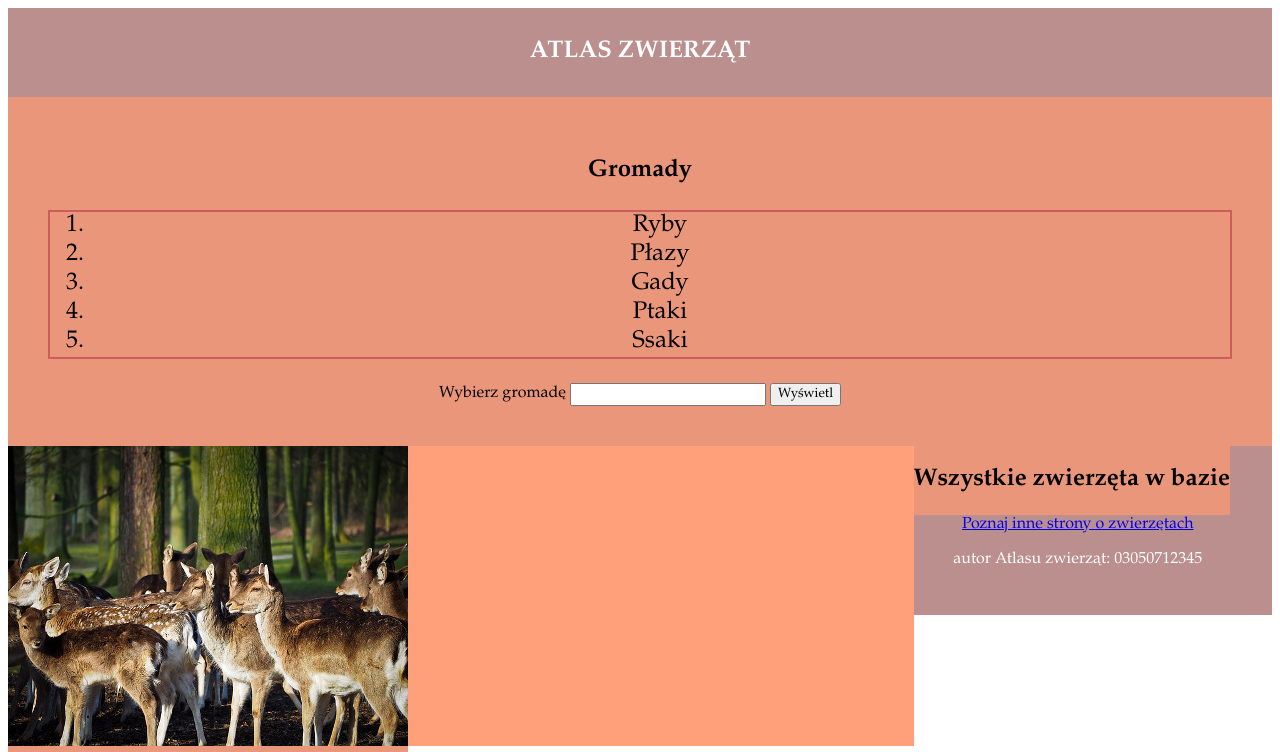
Repository: Lenerystia/HTML
Page: Zad.egz_3/index.html
The author's editor kept a copy of each file at every save. The page is drawn from the files as they stood at one save, then again after the next save.
The browser window is 1280 px wide. The pictures show the whole page.

Above is the page before, as saved 2021-12-22 13:54:02.

### Zad.egz_3/index.html
<!DOCTYPE html>
<head>
    <meta http-equiv="content-type" type="text/html" charset="UTF-8">
    <title>Dane o zwierzętach</title>
    <link rel="stylesheet" href="styl3.css">
</head>
<body>
    <section class="baner">
        <h1>ATLAS ZWIERZĄT</h1>
    </section>
    <section class="formularz">
        <h2>Gromady</h2>
        <ol>
            <li>Ryby</li>
            <li>Płazy</li>
            <li>Gady</li>
            <li>Ptaki</li>
            <li>Ssaki</li>
        </ol>
        <form action="http://www.przykładowastrona.com" method="post">Wybierz gromadę
            <input type="number" name="Wybierz gromadę" id="gromada">
            <input type="submit" value="Wyświetl">
        </form>
    </section>
    <section class="glownyLewy">
        <img src="zwierzeta.jpg" alt="dzikie zwierzęta">
    </section>
    <section class="glownySrodkowy">

    </section>
    <section class="glownyPrawy">
        <h2>Wszystkie zwierzęta w bazie</h2>
    </section>
    <section class="stopka">
        <a href="atlas-zwierzat.pl" target="_blank">Poznaj inne strony o zwierzętach</a>
        <p>autor Atlasu zwierząt: 03050712345</p>
    </section>
</body>
</html>

### Zad.egz_3/styl3.css
*{
    font-family: Garamond;
}
.baner{
    background-color: rosybrown;
    color: white;
    text-align: center;
    padding: 10px;
}
.formularz{
    background-color: darksalmon;
    text-align: center;
    padding: 40px;
}
.glownyLewy, .glownyPrawy{
    background-color: darksalmon;
}
.glownyLewy{
    float: left;
}
.glownySrodkowy{
    background-color: lightsalmon;
    height: 300px;
    width: 40%;
    float: left;
}
.glownyPrawy{
    float: left;
}
.stopka{
    background-color: rosybrown;
    color: white;
    text-align: center;
    padding: 30px;
}
.formularz ol{
    border: 2px solid rgb(205, 92, 92);
    font-size: 150%;
}

After the next save:
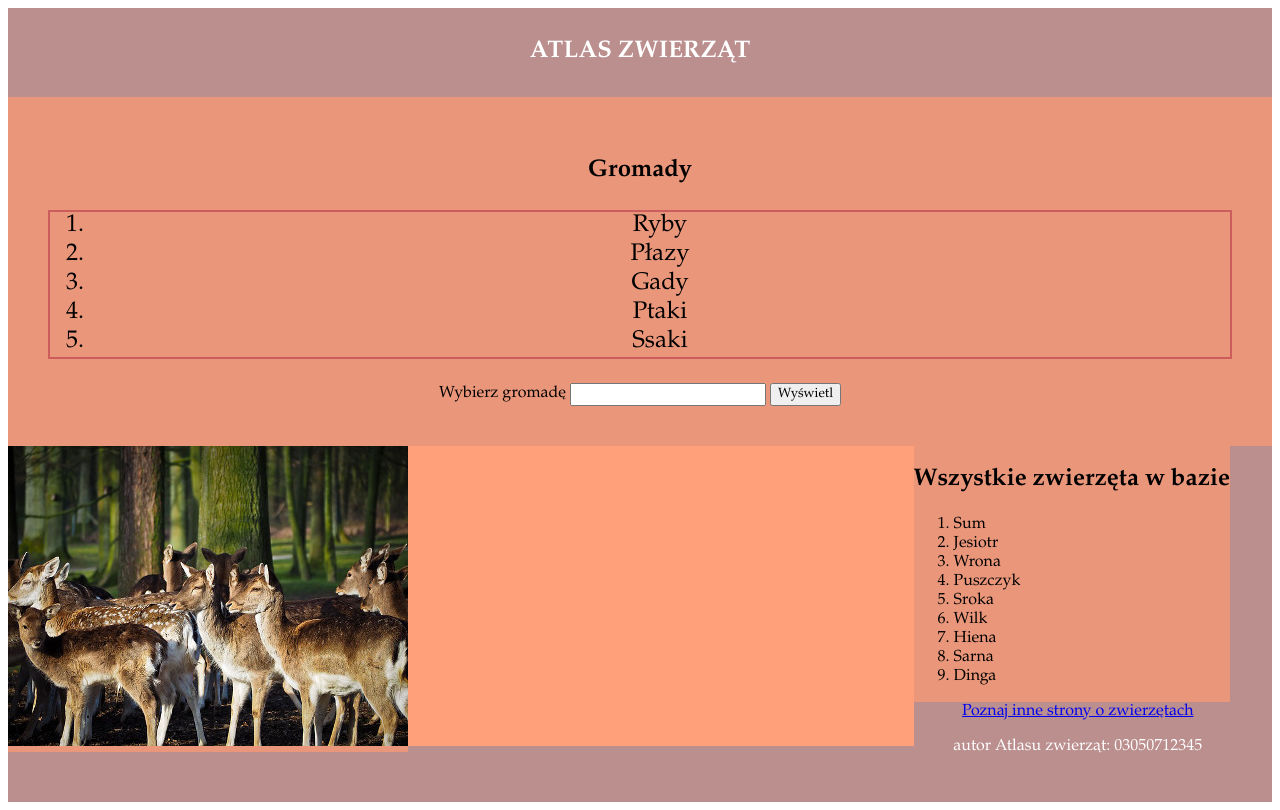
Saved 70 s later.
--- a/Zad.egz_3/index.html
+++ b/Zad.egz_3/index.html
@@ -30,6 +30,17 @@
     </section>
     <section class="glownyPrawy">
         <h2>Wszystkie zwierzęta w bazie</h2>
+        <ol>
+            <li>Sum</li>
+            <li>Jesiotr</li>
+            <li>Wrona</li>
+            <li>Puszczyk</li>
+            <li>Sroka</li>
+            <li>Wilk</li>
+            <li>Hiena</li>
+            <li>Sarna</li>
+            <li>Dinga</li>
+        </ol>
     </section>
     <section class="stopka">
         <a href="atlas-zwierzat.pl" target="_blank">Poznaj inne strony o zwierzętach</a>
